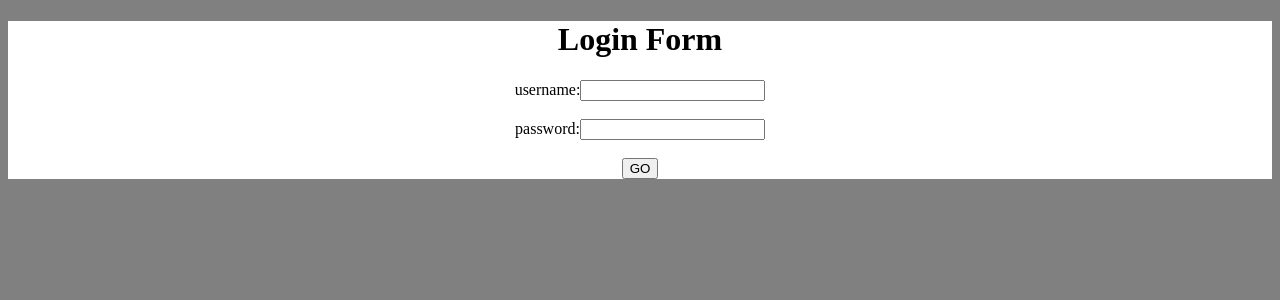
Repository: VIJAYkollu-7568/rakhi
Page: jsp/src/main/webapp/login.html
An editor plug-in stored every save of this project. The page is shown before and after the next save, followed by the edit.
The browser window is 1280 px wide. The pictures show the whole page.

Above is the page before, as saved 2024-11-07 09:14:35.

### jsp/src/main/webapp/login.html
<!DOCTYPE html>
<html>
<head>
<meta charset="UTF-8">
<title>login</title>
</head>
<style>

body{
background-color:grey;

}
form{
background-color:white;

}
</style>
<body>

<form align="center" justify-content="center" min-height: "100vh" margin="0" action="login.jsp">
<h1>Login Form</h1>
username:<input type ="text" name="username" required><br><br>
password:<input type="password" name="password" required><br><br>
<button type="submit">GO</button>
</form>
</body>
</html>

After the next save:
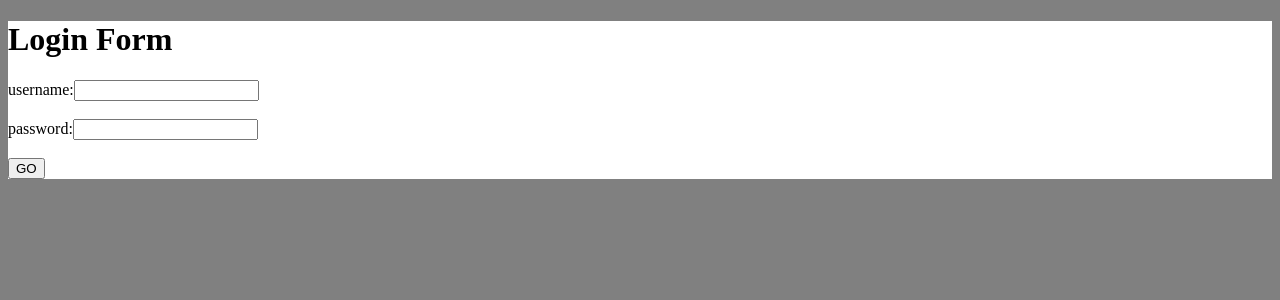
Saved 33 s later.
--- a/jsp/src/main/webapp/login.html
+++ b/jsp/src/main/webapp/login.html
@@ -17,7 +17,7 @@ background-color:white;
 </style>
 <body>
 
-<form align="center" justify-content="center" min-height: "100vh" margin="0" action="login.jsp">
+<form  action="login.jsp">
 <h1>Login Form</h1>
 username:<input type ="text" name="username" required><br><br>
 password:<input type="password" name="password" required><br><br>
